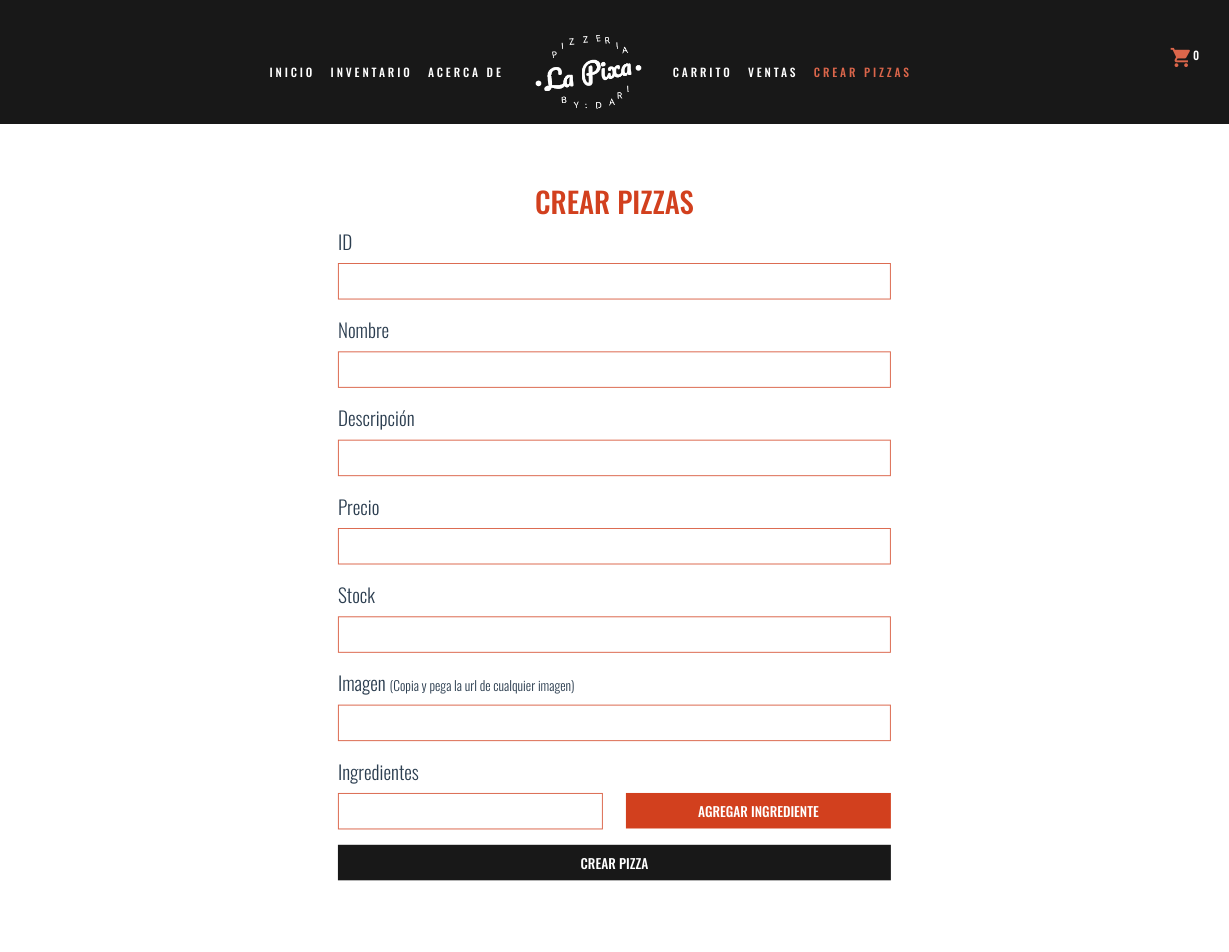
Repository: Darigo30/prueba-vue-dari-pizza
Page: /crearPizzas
The author's editor kept a copy of each file at every save. The page is drawn from the files as they stood at one save, then again after the next save.
The browser window is 1280 px wide. The pictures show the whole page, at 96% of full size.
The project was rebuilt for these pictures with package versions that can differ from the ones it lists, and the page was loaded fresh each time. Also part of the build but not shown: src/views/Home.vue.

Above is the page before, as saved 2021-05-23 23:02:39.

After the next save:
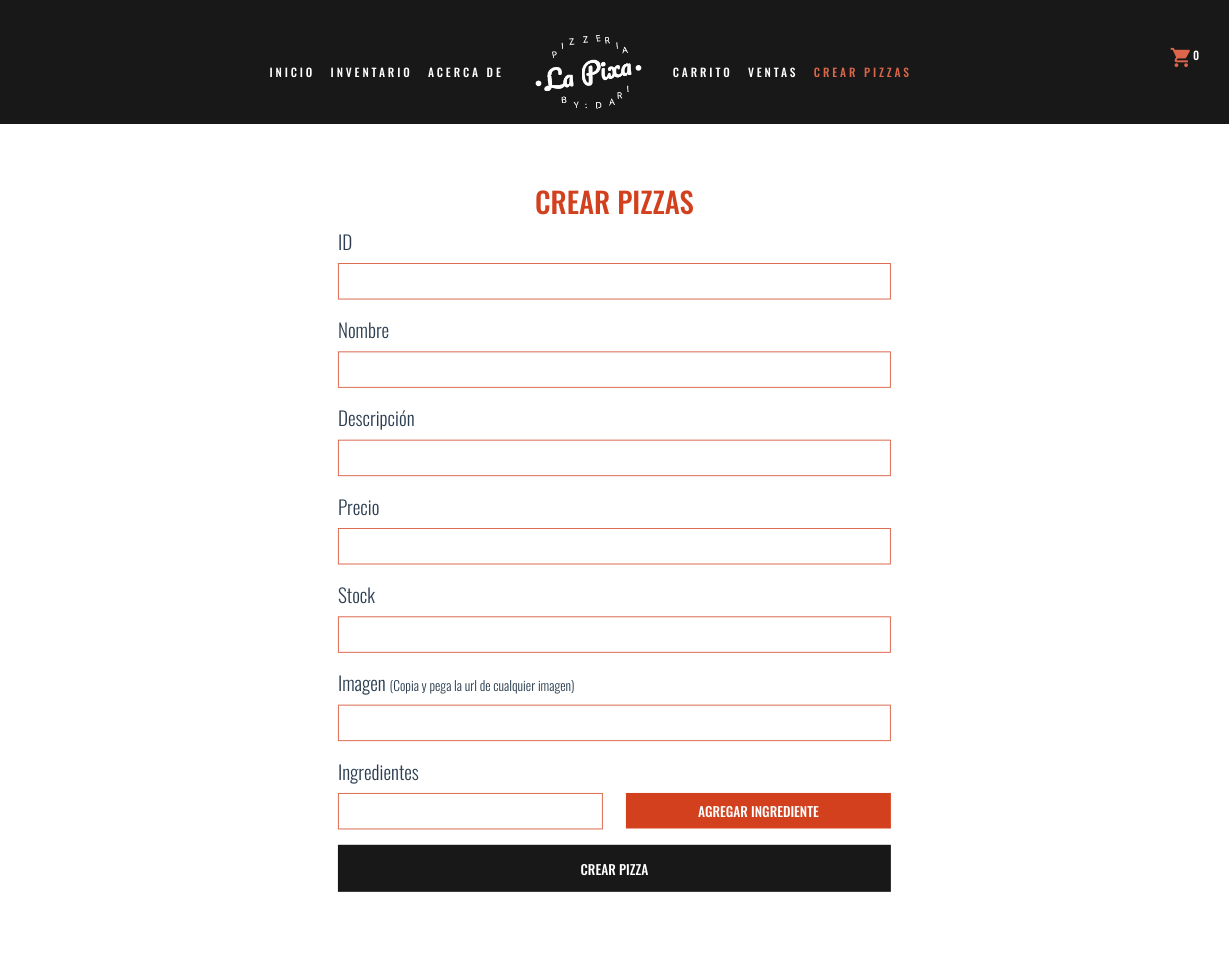
Saved 3 min 4 s later.
--- a/src/views/CrearPizzas.vue
+++ b/src/views/CrearPizzas.vue
@@ -122,7 +122,7 @@ h1{
         border-radius: 0px;
         text-transform: uppercase;
         border: none;
-        padding: 8px;
+        padding: 14px;
     }
     .descrip {
     font-family: 'Oswald', sans-serif;
